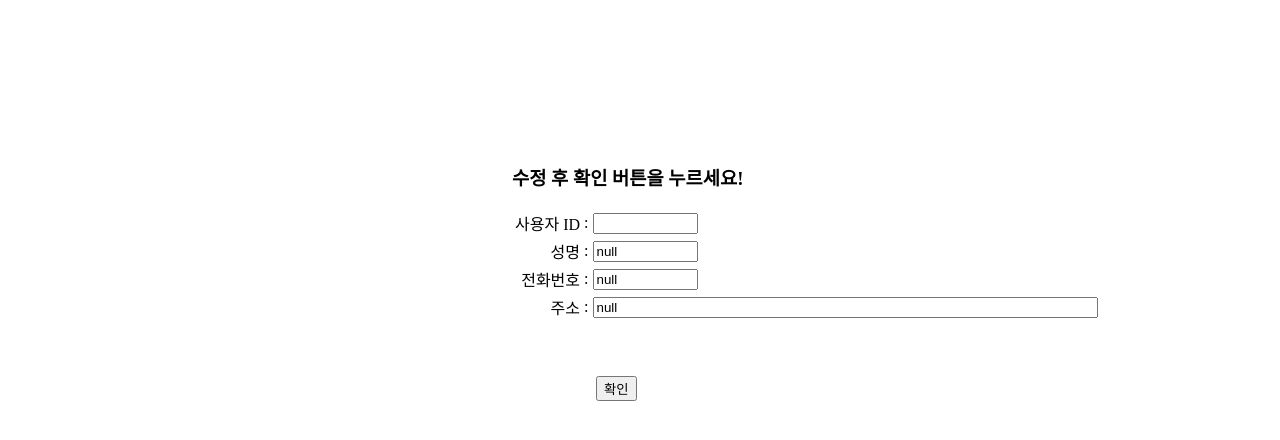
Repository: HyeogDo/Study_Java
Page: http://localhost/Quiz_05/purchaserUpdate_03.jsp
These files come from the project's save history. The page is drawn as it stood at one moment and after the next save; the edit follows.
The browser window is 1280 px wide. The pictures show the whole page.
The page is served by Tomcat 9.

Above is the page before, as saved 2022-03-22 07:01:17.

After the next save:
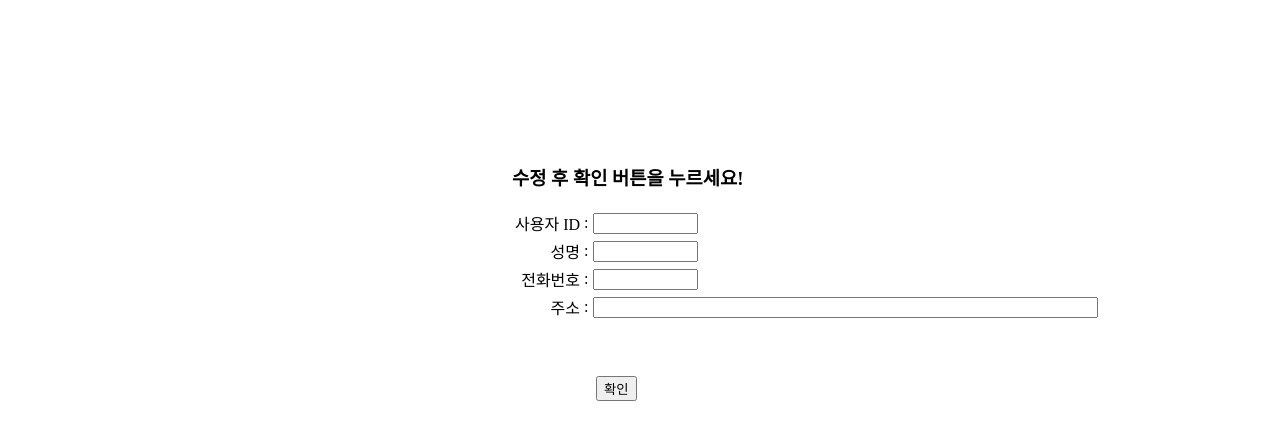
Saved 56 s later.
--- a/Servlets/Quiz_05/src/main/webapp/purchaserUpdate_03.jsp
+++ b/Servlets/Quiz_05/src/main/webapp/purchaserUpdate_03.jsp
@@ -18,15 +18,15 @@
 				</tr>
 				<tr>
 					<td align="right">성명</td>
-					<td> : <input type="text" name="userName" size="10" value="<%=session.getAttribute("USERNAME") %>"></td>
+					<td> : <input type="text" name="userName" size="10" value="${USERNAME }"></td>
 				</tr>
 				<tr>
 					<td align="right">전화번호</td>
-					<td> : <input type="text" name="userPhone" size="10" value="<%=session.getAttribute("USERPHONE") %>"></td>
+					<td> : <input type="text" name="userPhone" size="10" value="${USERPHONE }"></td>
 				</tr>
 				<tr>
 					<td align="right">주소</td>
-					<td> : <input type="text" name="userAddress" size="60" value="<%=session.getAttribute("USERADDRESS") %>"></td>
+					<td> : <input type="text" name="userAddress" size="60" value="${USERADDRESS }"></td>
 				</tr>
 			</table>
 			<br>
